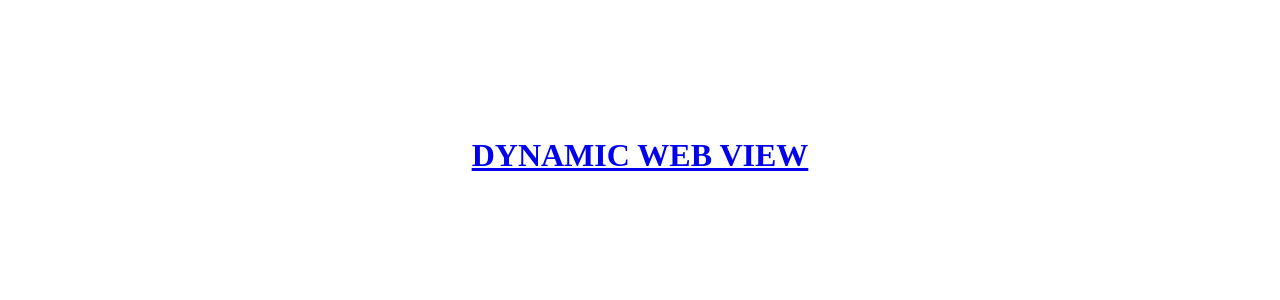
Repository: Ajay12Ajay/Advance_Java
Page: http://localhost/Advance_Web_Project/index.jsp
These files come from the project's save history. The page is drawn as it stood at one moment and after the next save; the edit follows.
The browser window is 1280 px wide. The pictures show the whole page.
The page is served by Tomcat 9. Other server files are loaded and not shown.

Above is the page before, as saved 2025-07-23 07:35:50.

### Advance_Java/Advance_Web_Project/WebContent/index.jsp
<%@ page language="java" contentType="text/html; charset=UTF-8"
	pageEncoding="UTF-8"%>
<!DOCTYPE html>
<html>
<head>
<meta charset="UTF-8">
<title>Dynamic Web View</title>
</head>

<body>
	<div align="center">
		<br></br> <br></br> <br></br>
		 <a href="UserRegistrationClt"><h1>DYNAMIC WEB VIEW</h1></a>
	</div>
</body>
</html>

After the next save:
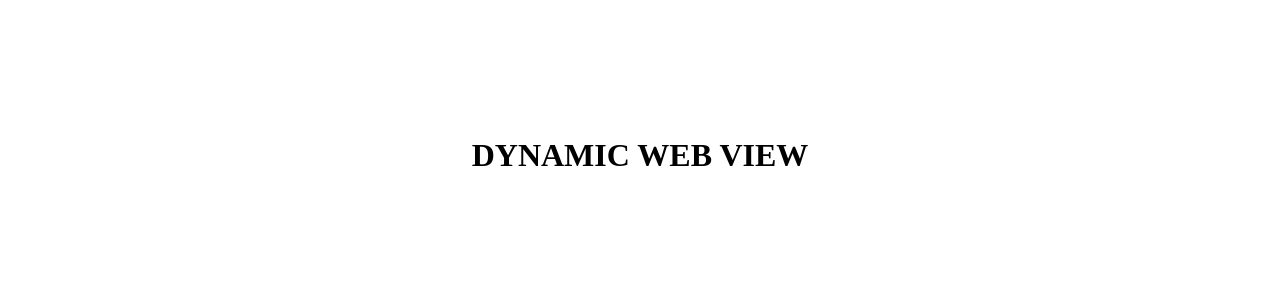
Saved 106 min 32 s later.
--- a/Advance_Java/Advance_Web_Project/WebContent/index.jsp
+++ b/Advance_Java/Advance_Web_Project/WebContent/index.jsp
@@ -9,8 +9,8 @@
 
 <body>
 	<div align="center">
-		<br></br> <br></br> <br></br>
-		 <a href="UserRegistrationClt"><h1>DYNAMIC WEB VIEW</h1></a>
+		<br></br> <br></br> <br></br> <a href="UserRegistrationClt"></a>
+		<h1>DYNAMIC WEB VIEW</h1>
 	</div>
 </body>
 </html>
